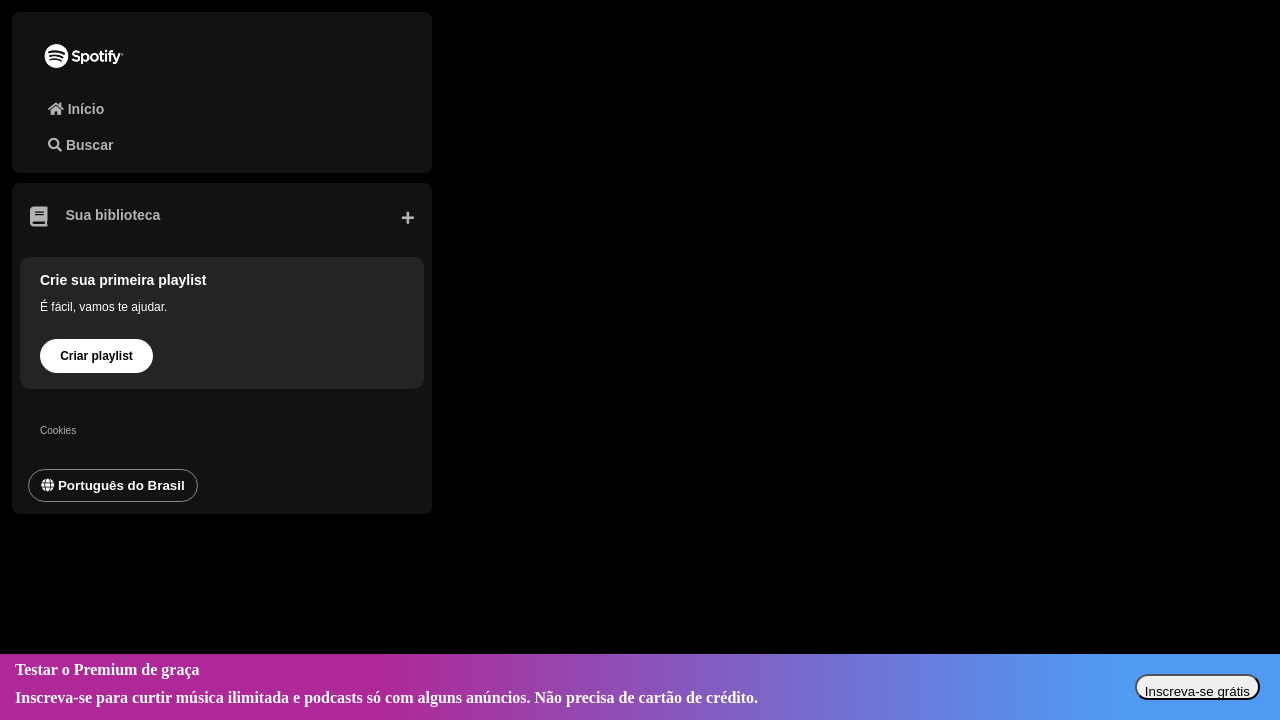
Repository: humbertobrasileiro/spotify
Page: index.html
The author's editor kept a copy of each file at every save. The page is drawn from the files as they stood at one save, then again after the next save.
The browser window is 1280 px wide. The pictures show the whole page.

Above is the page before, as saved 2024-01-23 15:07:21.

After the next save:
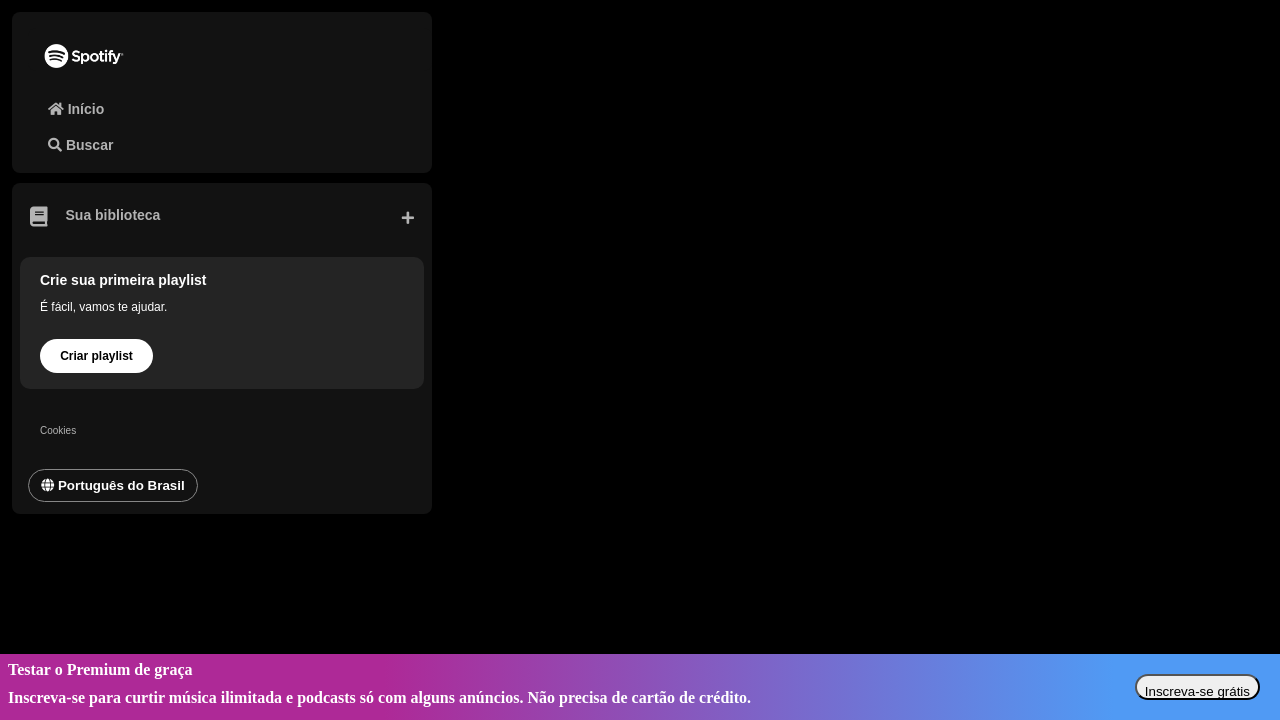
Saved 14 s later.
--- a/styles.css
+++ b/styles.css
@@ -200,7 +200,7 @@
 
 footer .text {
   font-weight: 700;
-  padding: 8px 20px 4px 15px;
+  padding: 8px 20px 4px 8px;
 }
 
 .footer-button {
